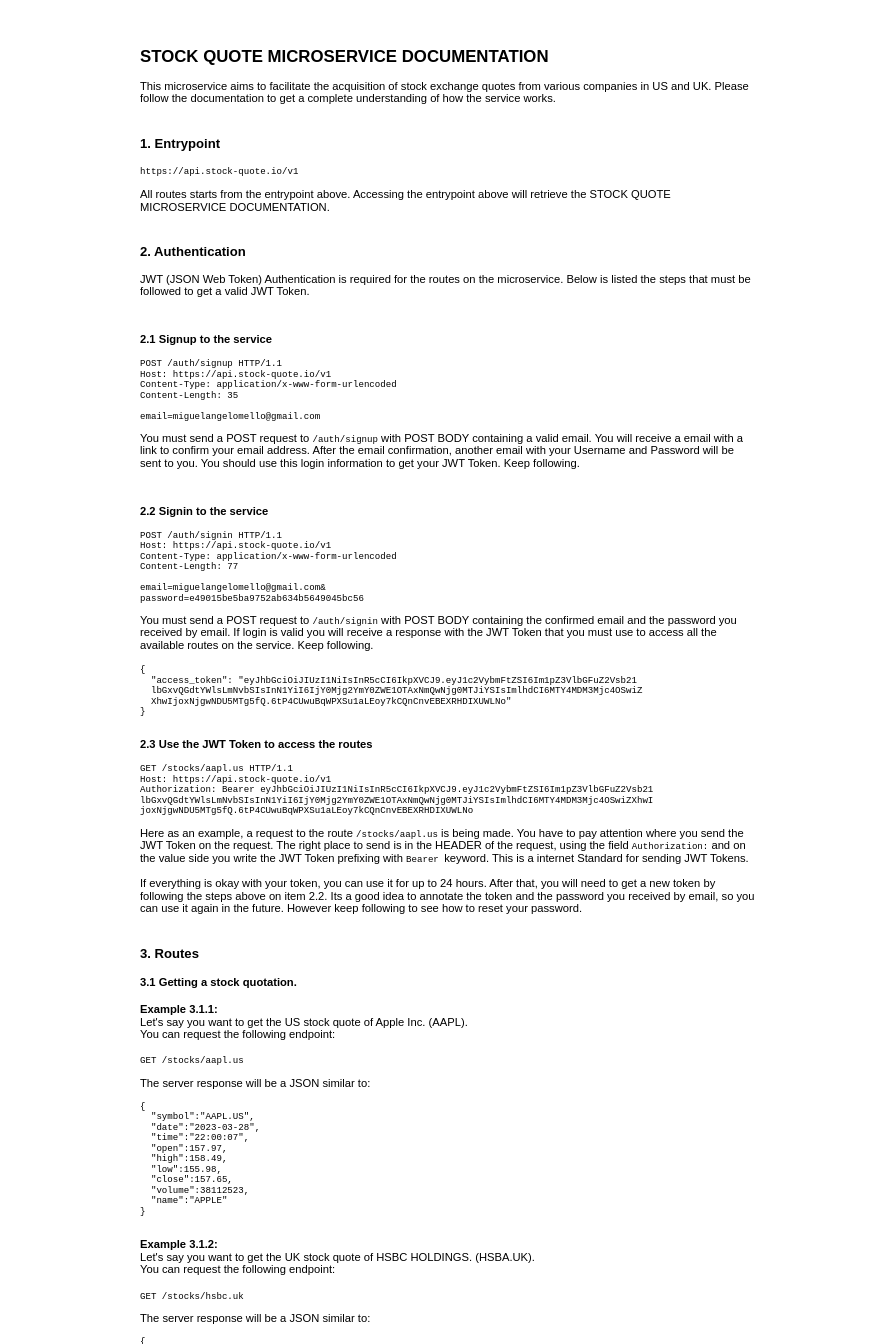
Repository: miguelamello/nest-js
Page: stock-service/documentation.html
These files come from the project's save history. The page is drawn as it stood at one moment and after a run of saves; the edit follows.
The browser window is 1280 px wide. The pictures show the part of the page from y = 0 to 1920 px (the page is 3181 px tall before and 3215 px after), at 70% of full size.

Above is the page before, as saved 2023-04-02 19:32:07.

After the next 2 saves:
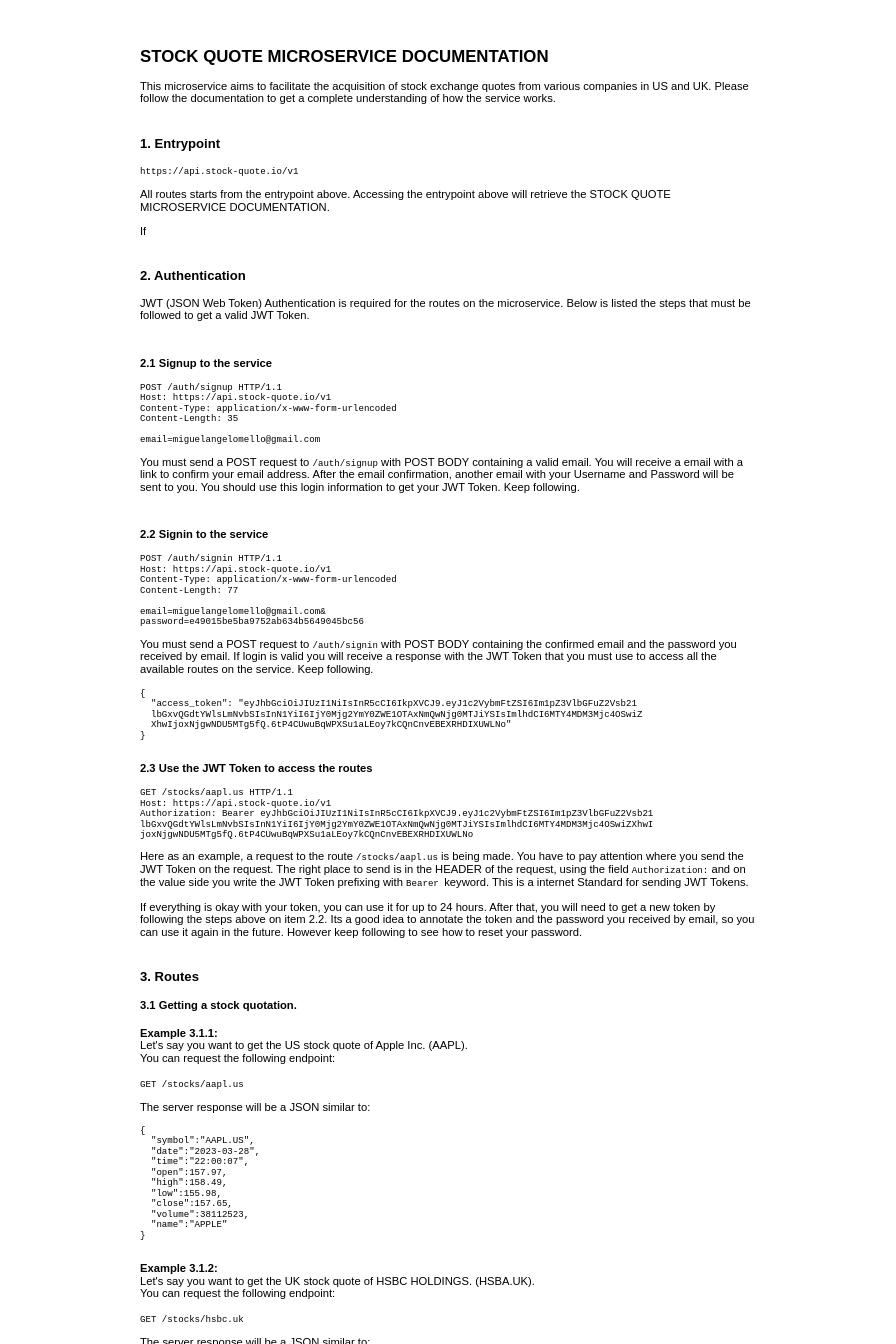
The 2 saves are shown as one change because they came seconds apart.
The last was saved 35 s later.
--- a/stock-service/documentation.html
+++ b/stock-service/documentation.html
@@ -34,6 +34,8 @@
     above will retrieve the STOCK QUOTE MICROSERVICE DOCUMENTATION.
   </p>
 
+  <p>If </p>
+
   <h3>2. Authentication</h3>
   <p>JWT (JSON Web Token) Authentication is required for the routes on the microservice.
     Below is listed the steps that must be followed to get a valid JWT Token.</p>
